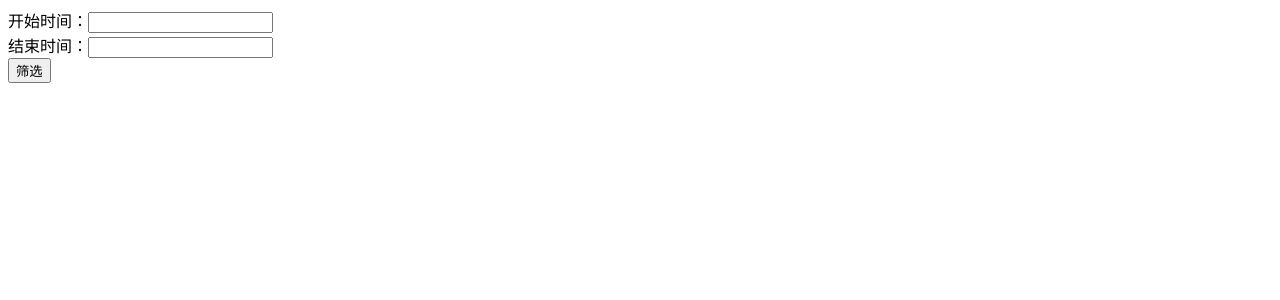
Repository: ruanhuabin/IntelliEyeShade
Page: http://localhost/IntelliEyeShade/statistics/statistics_filter.jsp
The author's editor kept a copy of each file at every save. The page is drawn from the files as they stood at one save, then again after the next save.
The browser window is 1280 px wide. The pictures show the whole page.
The page is served by Tomcat 9. Nobody is signed in. The application's start-up code is not run. Other server files are loaded and not shown.

Above is the page before, as saved 2016-11-21 08:52:10.

### IntelliEyeShade/WebRoot/statistics/statistics_filter.jsp
<%@ page language="java" import="java.util.*" contentType="text/html; charset=utf-8" %>
<%@ taglib prefix="s" uri="/struts-tags"%>
<%
String path = request.getContextPath();
String basePath = request.getScheme()+"://"+request.getServerName()+":"+request.getServerPort()+path+"/";
%>
<!DOCTYPE html>
<html>
	<meta http-equiv="content-type" content="text/html;charset=UTF-8">
	<link rel="stylesheet" type="text/css" href="../css/default.css" />
<head>
<script type="text/javascript">
function check()
{
	//alert("check body");

	var startDate = document.filter.starttime.value;
	var endDate = document.filter.endtime.value;

	var t1 = new Date(startDate.replace(/\-/g, "\/"));
	var t2 = new Date(endDate.replace(/\-/g, "\/"));

	if(startDate == "" || endDate == "")
	{
		alert("请选择开始时间或者结束时间");
		return false;

	}

	 if(startDate!="" && endDate!="" && t1 >=t2)
	 {
		  alert("开始时间不能大于结束时间！");
		  return false;
	 }



	return false;
}
</script>

</head>



<body>


<script type="text/javascript" src="../js/Calendar3.js"></script>
<form name="filter" action="<%=path%>/statistics/Statistics_query.action" method="post">
开始时间：<input name="starttime" type="text" id="control_date" size="20"
      maxlength="10" onclick="new Calendar().show(this);" readonly="readonly" />
<br>
结束时间：<input name="endtime" type="text" id="control_date" size="20"
      maxlength="10" onclick="new Calendar().show(this);" readonly="readonly" />
<br>
<input type="submit" value="筛选" onclick="return check()"/>
</form>

</body>
</html>

### IntelliEyeShade/WebRoot/css/default.css
/* 基本样式 */


/* 去掉图片、表单边框 */
img, form {
	margin:0;
	padding:0;
	border:0;
}

/* 超链接 */
a {
	text-decoration: none;
}
a:link, a:visited {
	color:#063685;
	text-decoration:none;
}
a:hover, a:active {
	color:#FF5500;
	text-decoration:underline;
}

/* 表格 */
table.default {
	border:1px solid #0283c5;
	border-collapse:collapse;
	margin-top:5px;
}
table.default td, table.default tr.style1 td {
	padding:2 5 2 5;
	height:26px;
	border:1px solid #ffffff;
}
table.default tr, table.default tr.style1{
	background-color:#f0f0f0;
}
table.default tr.style0{
	background-color:#dfdfdf;
}
table.default tr.title td, table.default tr.ltitle td {
	font-weight:bold;
	background:#0283c5;
	color:#ffffff;
	border:1px solid #ffffff;
	white-space:nowrap;
	height:26px;
	line-height:26px;
	vertical-align:middle;
}
table.default tr.ltitle td {
	text-align:left;
}
table.default tr.title td {
	text-align:center;
	line-height:26px;
	vertical-align:middle;
}
table.default tr.subtitle td ,table.default tr.lsubtitle td {
	font-weight:bold;
	background:#69f;
	color:#ffffff;
	border:1px solid #ffffff;
	white-space:nowrap;
	height:26px;
	line-height:26px;
	vertical-align:middle;
}
table.default tr.lsubtitle td {
	text-align:left;
}
table.default tr.subtitle td {
	text-align:center;
}

table.default tr.strong td {
	font-weight:bold;
	background:#DDD;
}

table.default tr.stronghl td {
	font-weight:bold;
	background:#FFCC99;
	text-align:center;
}

table.default tr.hl td {
	background:#ffffcc/*#FFFF99*/;
}

table.default td.item {
	font-weight:bold;
	color:#333333;
	text-align:right;
}

table.default td.text {
	line-height:150%;
}

table.default td.opt {
	background:#FFFF99;
	padding-right:10px;
}

table.explain {
	margin-top:5px;
	margin-bottom:5px;
}
table.explain td {
	font-family:宋体;
	font-size:12px;
	border:1px solid #333333;
	background:#f0f0f0;
	padding:8px;
	line-height:120%;
}

table.pages {
	border:0;
}
table.pages td {
	height:26px;
}

table.reswb {
	border:1px solid #0283c5;
	border-collapse:collapse;
	margin-top:10px;
}

table.reswb tr.title td {
	padding:2 5 2 5;
	font-weight:bold;
	background:#0283c5;
	color:#ffffff;
	border:1px solid #ffffff;
	white-space:nowrap;
	height:26px;
	line-height:26px;
	vertical-align:middle;
}

table.default tr.list{
	text-align: center;
	line-height:26px;
	vertical-align:middle;
}

/* 普通信息 */
div.info {
	padding:5px 5px 5px 2px;
	margin-top:10px;
}

/* 前台导航用 */
.tdnormal {
	border-bottom:1px solid white;
}

.tdselected {
	border:1px solid white;
	border-bottom:0;
	font-weight:bold;
}
.navtab td {
	height:30px;
	color:white;
	font-size:9pt;
	text-align:center;
}
a.navbar, a.navbar:visited, a.navbar:active {text-decoration: none;color:#FFF;}
a.navbar:hover {text-decoration: underline;color:#FFF;}


/* 错误信息 */
.errorBox {
	border:1px solid #ff0000;
	padding:5px;
	background:#FFCCCC;
}
.errorMessage {
	color:#cc0000;
}
ul {
	margin-left:30px;
	margin-top:0;
	margin-bottom:0;
}

/* 分页页码样式 */
.selectedPage {
	border:1px solid #999999;
	background:#ffffcc;
	color:#000000;
	padding:0 3px 2px 3px;
}
.noSelectedPage {
	padding:0 3px 0 3px;
}
a.page {
	font-size:12px;
	text-decoration: none;
}
a.page:link, a.page:visited {
	color:#0044DD;
	text-decoration:none;
}
a.page:hover, a.page:active {
	color:#FF5500;
	text-decoration:none;
}

/* 表单元素样式 */
.input_text {
	width:200px;
	margin-right:5px;
}
.notNull {
	color:red;
}
.notice {
	color:#20A8F0;
}

/* 后台任务链接样式 */
a.navlink {
	font-family:宋体;
	height:25px;
	font-weight:normal;
	letter-spacing:1px;
	padding:4 5 0 5;
	background:#e0e0e0;
	border:2px outset;
	FILTER: progid:DXImageTransform.Microsoft.Gradient(GradientType=0, StartColorStr=#ffffff, EndColorStr=#20A8F0);
}

a.navlink {text-decoration: none;color:#000000;}
a.navlink:visited {text-decoration: none;color:#000000;}
a.navlink:active {text-decoration: none;color:#0044DD;}
a.navlink:hover {text-decoration: none;color:#FF5500;}

/* 操作按钮 */
div.oper {
	margin:5px;
	text-align:right;
}

div.oper input {
	margin-left:5px;
	margin-right:5px;
}

/* 背景色 */
.fbg {
	background:#065FB9;
}
.bbg {
	background:#04477C;
}

/* tooltip */
/*
span.tip {
	cursor:default;
}
#tooltip {
	position: absolute;
	z-index: 3000;
	border: 1px solid #111;
	background-color: #eee;
	padding: 5px;
	opacity: 0.85;
}
#tooltip h3, #tooltip div {
	font-size:12px;
	margin: 0;
}
*/

/* 特殊高亮文本 */
span.spec {
	color:#003399;
}

/* 特殊灰色文本 */
span.gray {
	color:#666;
}

/* 黄色背景 */
.bg1 {
	background:#FFCC99;/*#FFFF99;*/
}

/* 绿色背景 */
.bg2 {
	background:#99CC99;
}

/* 文章样式 */

div.title {
	font-size:16px;
	font-weight:bold;
	background:#FFFF99;
	border-bottom:2px solid #000;
	padding:5px;
	margin-bottom:10px;
}

div.content {
	font-size:14px;
	line-height:150%;
}

div.faq-q {
	padding:5px;
	background:#DDD;
	font-weight:bold;
}

div.faq-a {
	padding:5px;
	line-height:150%;
	font-size:16px;
}

/* 问卷样式 */
.option {
	margin-right:10px;
}

.answer {
	background:#060;
	color:white;
	font-weight:bold;
	padding:2px;
}

table.stat {
	border-collapse:collapse;
}
table.stat td {
	border:0;
	padding-left:20px;
}
hr.percent {
	height:10px;
	color:#093;
	border:1px solid black;
}

td.indent {
	padding-left:10px;
}

#page_explain {
	display:none;
}

#navDiv {
	color:#333;
	padding-left:10px;
	line-height:30px;
	background:#CCFF99;
	border-bottom:1px solid #065FB9;
	height:30px;
	padding-top:6px;
}
/*--------分页样式-----------*/
.pager-top {
    overflow:hidden;
    padding:5px 10px 0;
    color:#333333;
    font-family:Tahoma,Verdana,sans-serif,simsun;
    font-size:12px;
    margin-top:10px;
    border-bottom:1px solid #D8DFEA;
}
.pager-top span {
    float:left;
    padding-bottom:6px;
}
.pagerpro {
    float:right;
    list-style-image:none;
    list-style-position:outside;
    list-style-type:none;
    margin:0;
    padding:0;
}
.pagerpro li {
    display:inline;
    float:left;
}
.pagerpro li a.chn {
    font-size:12px;
}
.pagerpro li a {
    display:block;
    font-size:11px;
    padding:3px 3px 2px;
    color:#005EAC;
    text-decoration:none;
}
.pagerpro li a.chn:hover {
    border-bottom:1px solid #005EAC;
}
.pagerpro li a:hover {
    background:#005EAC none repeat scroll 0 0;
    border-bottom:2px solid #005EAC;
    border-color:#D8DFEA #D8DFEA #005EAC;
    color:#FFFFFF;
    text-decoration:none;
}
.pagerpro li.current a, .pagerpro li.current a:hover {
    background:transparent none repeat scroll 0 0;
    border-bottom:2px solid #005EAC;
    border-color:#005EAC;
    color:#005EAC;
    font-weight:700;
    padding-left:2px;
    padding-right:2px;
}
.marquee_txt{
	font-size:12px;
	font-family:"微软雅黑";
	margin-top:5px;
	margin-left:auto;
    margin-right:auto;
    width:222px;
}

### IntelliEyeShade/WebRoot/js/Calendar3.js

/////////////////////////调用实例
//        <div>
//                <span>交易查询：</span> <span>从
//                    <input name="control_date" type="text" id="control_date" size="10"
//                        maxlength="10" onclick="new Calendar().show(this);" readonly="readonly" />
//                    <input type="button" name="button" id="button" value="button" onclick="new Calendar().show(this.form.control_date);" /></span>
//                <span>至
//                    <input name="control_date2" type="text" id="control_date2" size="10"
//                        maxlength="10" onclick="new Calendar().show(this);" readonly="readonly" />
//                    <input type="button" name="button" id="button1" value="button" onclick="new Calendar().show(this.form.control_date2);" /></span>

//        </div>


/**
 * Calendar
 * @param   beginYear           1990
 * @param   endYear             2010
 * @param   language            0(zh_cn)|1(en_us)|2(en_en)|3(zh_tw)
 * @param   patternDelimiter    "-"
 * @param   date2StringPattern  "yyyy-MM-dd"
 * @param   string2DatePattern  "ymd"
 * @version 1.0 build 2006-04-01
 * @version 1.1 build 2006-12-17
 * @author  KimSoft (jinqinghua [at] gmail.com)
 * NOTE!    you can use it free, but keep the copyright please
 * IMPORTANT:you must include this script file inner html body elment
 */
function Calendar(beginYear, endYear, language, patternDelimiter, date2StringPattern, string2DatePattern) {
	this.beginYear = beginYear || 1990;
	this.endYear   = endYear   || 2020;
	this.language  = language  || 0;
	this.patternDelimiter = patternDelimiter     || "-";
	this.date2StringPattern = date2StringPattern || Calendar.language["date2StringPattern"][this.language].replace(/\-/g, this.patternDelimiter);
	this.string2DatePattern = string2DatePattern || Calendar.language["string2DatePattern"][this.language];

	this.dateControl = null;
	this.panel  = this.getElementById("__calendarPanel");
	this.iframe = window.frames["__calendarIframe"];
	this.form   = null;

	this.date = new Date();
	this.year = this.date.getFullYear();
	this.month = this.date.getMonth();

	this.colors = {"bg_cur_day":"#00CC33","bg_over":"#EFEFEF","bg_out":"#FFCC00"}
};

Calendar.language = {
	"year"   : ["\u5e74", "", "", "\u5e74"],
	"months" : [
				["\u4e00\u6708","\u4e8c\u6708","\u4e09\u6708","\u56db\u6708","\u4e94\u6708","\u516d\u6708","\u4e03\u6708","\u516b\u6708","\u4e5d\u6708","\u5341\u6708","\u5341\u4e00\u6708","\u5341\u4e8c\u6708"],
				["JAN","FEB","MAR","APR","MAY","JUN","JUL","AUG","SEP","OCT","NOV","DEC"],
				["JAN","FEB","MAR","APR","MAY","JUN","JUL","AUG","SEP","OCT","NOV","DEC"],
				["\u4e00\u6708","\u4e8c\u6708","\u4e09\u6708","\u56db\u6708","\u4e94\u6708","\u516d\u6708","\u4e03\u6708","\u516b\u6708","\u4e5d\u6708","\u5341\u6708","\u5341\u4e00\u6708","\u5341\u4e8c\u6708"]
				],
	"weeks"  : [["\u65e5","\u4e00","\u4e8c","\u4e09","\u56db","\u4e94","\u516d"],
				["Sun","Mon","Tur","Wed","Thu","Fri","Sat"],
				["Sun","Mon","Tur","Wed","Thu","Fri","Sat"],
				["\u65e5","\u4e00","\u4e8c","\u4e09","\u56db","\u4e94","\u516d"]
		],
	"clear"  : ["\u6e05\u7a7a", "Clear", "Clear", "\u6e05\u7a7a"],
	"today"  : ["\u4eca\u5929", "Today", "Today", "\u4eca\u5929"],
	"close"  : ["\u5173\u95ed", "Close", "Close", "\u95dc\u9589"],
	"date2StringPattern" : ["yyyy-MM-dd", "yyyy-MM-dd", "yyyy-MM-dd", "yyyy-MM-dd"],
	"string2DatePattern" : ["ymd","ymd", "ymd", "ymd"]
};

Calendar.prototype.draw = function() {
	calendar = this;

	var _cs = [];
	_cs[_cs.length] = '<form id="__calendarForm" name="__calendarForm" method="post">';
	_cs[_cs.length] = '<table id="__calendarTable" width="100%" border="0" cellpadding="3" cellspacing="1" align="center">';
	_cs[_cs.length] = ' <tr>';
	_cs[_cs.length] = '  <th><input class="l" name="goPrevMonthButton" type="button" id="goPrevMonthButton" value="&lt;" \/><\/th>';
	_cs[_cs.length] = '  <th colspan="5"><select class="year" name="yearSelect" id="yearSelect"><\/select><select class="month" name="monthSelect" id="monthSelect"><\/select><\/th>';
	_cs[_cs.length] = '  <th><input class="r" name="goNextMonthButton" type="button" id="goNextMonthButton" value="&gt;" \/><\/th>';
	_cs[_cs.length] = ' <\/tr>';
	_cs[_cs.length] = ' <tr>';
	for(var i = 0; i < 7; i++) {
		_cs[_cs.length] = '<th class="theader">';
		_cs[_cs.length] = Calendar.language["weeks"][this.language][i];
		_cs[_cs.length] = '<\/th>';
	}
	_cs[_cs.length] = '<\/tr>';
	for(var i = 0; i < 6; i++){
		_cs[_cs.length] = '<tr align="center">';
		for(var j = 0; j < 7; j++) {
			switch (j) {
				case 0: _cs[_cs.length] = '<td class="sun">&nbsp;<\/td>'; break;
				case 6: _cs[_cs.length] = '<td class="sat">&nbsp;<\/td>'; break;
				default:_cs[_cs.length] = '<td class="normal">&nbsp;<\/td>'; break;
			}
		}
		_cs[_cs.length] = '<\/tr>';
	}
	_cs[_cs.length] = ' <tr>';
	_cs[_cs.length] = '  <th colspan="2"><input type="button" class="b" name="clearButton" id="clearButton" \/><\/th>';
	_cs[_cs.length] = '  <th colspan="3"><input type="button" class="b" name="selectTodayButton" id="selectTodayButton" \/><\/th>';
	_cs[_cs.length] = '  <th colspan="2"><input type="button" class="b" name="closeButton" id="closeButton" \/><\/th>';
	_cs[_cs.length] = ' <\/tr>';
	_cs[_cs.length] = '<\/table>';
	_cs[_cs.length] = '<\/form>';

	this.iframe.document.body.innerHTML = _cs.join("");
	this.form = this.iframe.document.forms["__calendarForm"];

	this.form.clearButton.value = Calendar.language["clear"][this.language];
	this.form.selectTodayButton.value = Calendar.language["today"][this.language];
	this.form.closeButton.value = Calendar.language["close"][this.language];

	this.form.goPrevMonthButton.onclick = function () {calendar.goPrevMonth(this);}
	this.form.goNextMonthButton.onclick = function () {calendar.goNextMonth(this);}
	this.form.yearSelect.onchange = function () {calendar.update(this);}
	this.form.monthSelect.onchange = function () {calendar.update(this);}

	this.form.clearButton.onclick = function () {calendar.dateControl.value = "";calendar.hide();}
	this.form.closeButton.onclick = function () {calendar.hide();}
	this.form.selectTodayButton.onclick = function () {
		var today = new Date();
		calendar.date = today;
		calendar.year = today.getFullYear();
		calendar.month = today.getMonth();
		calendar.dateControl.value = today.format(calendar.date2StringPattern);
		calendar.hide();
	}
};

Calendar.prototype.bindYear = function() {
	var ys = this.form.yearSelect;
	ys.length = 0;
	for (var i = this.beginYear; i <= this.endYear; i++){
		ys.options[ys.length] = new Option(i + Calendar.language["year"][this.language], i);
	}
};

Calendar.prototype.bindMonth = function() {
	var ms = this.form.monthSelect;
	ms.length = 0;
	for (var i = 0; i < 12; i++){
		ms.options[ms.length] = new Option(Calendar.language["months"][this.language][i], i);
	}
};

Calendar.prototype.goPrevMonth = function(e){
	if (this.year == this.beginYear && this.month == 0){return;}
	this.month--;
	if (this.month == -1) {
		this.year--;
		this.month = 11;
	}
	this.date = new Date(this.year, this.month, 1);
	this.changeSelect();
	this.bindData();
};

Calendar.prototype.goNextMonth = function(e){
	if (this.year == this.endYear && this.month == 11){return;}
	this.month++;
	if (this.month == 12) {
		this.year++;
		this.month = 0;
	}
	this.date = new Date(this.year, this.month, 1);
	this.changeSelect();
	this.bindData();
};

Calendar.prototype.changeSelect = function() {
	var ys = this.form.yearSelect;
	var ms = this.form.monthSelect;
	for (var i= 0; i < ys.length; i++){
		if (ys.options[i].value == this.date.getFullYear()){
			ys[i].selected = true;
			break;
		}
	}
	for (var i= 0; i < ms.length; i++){
		if (ms.options[i].value == this.date.getMonth()){
			ms[i].selected = true;
			break;
		}
	}
};

Calendar.prototype.update = function (e){
	this.year  = e.form.yearSelect.options[e.form.yearSelect.selectedIndex].value;
	this.month = e.form.monthSelect.options[e.form.monthSelect.selectedIndex].value;
	this.date = new Date(this.year, this.month, 1);
	this.changeSelect();
	this.bindData();
};

Calendar.prototype.bindData = function () {
	var calendar = this;
	var dateArray = this.getMonthViewDateArray(this.date.getFullYear(), this.date.getMonth());
	var tds = this.getElementsByTagName("td", this.getElementById("__calendarTable", this.iframe.document));
	for(var i = 0; i < tds.length; i++) {
  		tds[i].style.backgroundColor = calendar.colors["bg_over"];
		tds[i].onclick = null;
		tds[i].onmouseover = null;
		tds[i].onmouseout = null;
		tds[i].innerHTML = dateArray[i] || "&nbsp;";
		if (i > dateArray.length - 1) continue;
		if (dateArray[i]){
			tds[i].onclick = function () {
				if (calendar.dateControl){
					calendar.dateControl.value = new Date(calendar.date.getFullYear(),
														calendar.date.getMonth(),
														this.innerHTML).format(calendar.date2StringPattern);
				}
				calendar.hide();
			}
			tds[i].onmouseover = function () {this.style.backgroundColor = calendar.colors["bg_out"];}
			tds[i].onmouseout  = function () {this.style.backgroundColor = calendar.colors["bg_over"];}
			var today = new Date();
			if (today.getFullYear() == calendar.date.getFullYear()) {
				if (today.getMonth() == calendar.date.getMonth()) {
					if (today.getDate() == dateArray[i]) {
						tds[i].style.backgroundColor = calendar.colors["bg_cur_day"];
						tds[i].onmouseover = function () {this.style.backgroundColor = calendar.colors["bg_out"];}
						tds[i].onmouseout  = function () {this.style.backgroundColor = calendar.colors["bg_cur_day"];}
					}
				}
			}
		}//end if
	}//end for
};

Calendar.prototype.getMonthViewDateArray = function (y, m) {
	var dateArray = new Array(42);
	var dayOfFirstDate = new Date(y, m, 1).getDay();
	var dateCountOfMonth = new Date(y, m + 1, 0).getDate();
	for (var i = 0; i < dateCountOfMonth; i++) {
		dateArray[i + dayOfFirstDate] = i + 1;
	}
	return dateArray;
};

Calendar.prototype.show = function (dateControl, popuControl) {
	if (this.panel.style.visibility == "visible") {
		this.panel.style.visibility = "hidden";
	}
	if (!dateControl){
		throw new Error("arguments[0] is necessary!")
	}
	this.dateControl = dateControl;
	popuControl = popuControl || dateControl;

	this.draw();
	this.bindYear();
	this.bindMonth();
	if (dateControl.value.length > 0){
		this.date  = new Date(dateControl.value.toDate(this.patternDelimiter, this.string2DatePattern));
		this.year  = this.date.getFullYear();
		this.month = this.date.getMonth();
	}
	this.changeSelect();
	this.bindData();

	var xy = this.getAbsPoint(popuControl);
	this.panel.style.left = xy.x + "px";
	this.panel.style.top = (xy.y + dateControl.offsetHeight) + "px";
	this.panel.style.visibility = "visible";
};

Calendar.prototype.hide = function() {
	this.panel.style.visibility = "hidden";
};

Calendar.prototype.getElementById = function(id, object){
	object = object || document;
	return document.getElementById ? object.getElementById(id) : document.all(id);
};

Calendar.prototype.getElementsByTagName = function(tagName, object){
	object = object || document;
	return document.getElementsByTagName ? object.getElementsByTagName(tagName) : document.all.tags(tagName);
};

Calendar.prototype.getAbsPoint = function (e){
	var x = e.offsetLeft;
	var y = e.offsetTop;
	while(e = e.offsetParent){
		x += e.offsetLeft;
		y += e.offsetTop;
	}
	return {"x": x, "y": y};
};

/**
 * @param   d the delimiter
 * @param   p the pattern of your date
 * @author  meizz
 * @author  kimsoft add w+ pattern
 */
Date.prototype.format = function(style) {
	var o = {
		"M+" : this.getMonth() + 1, //month
		"d+" : this.getDate(),      //day
		"h+" : this.getHours(),     //hour
		"m+" : this.getMinutes(),   //minute
		"s+" : this.getSeconds(),   //second
		"w+" : "\u65e5\u4e00\u4e8c\u4e09\u56db\u4e94\u516d".charAt(this.getDay()),   //week
		"q+" : Math.floor((this.getMonth() + 3) / 3),  //quarter
		"S"  : this.getMilliseconds() //millisecond
	}
	if (/(y+)/.test(style)) {
		style = style.replace(RegExp.$1, (this.getFullYear() + "").substr(4 - RegExp.$1.length));
	}
	for(var k in o){
		if (new RegExp("("+ k +")").test(style)){
			style = style.replace(RegExp.$1, RegExp.$1.length == 1 ? o[k] : ("00" + o[k]).substr(("" + o[k]).length));
		}
	}
	return style;
};

/**
 * @param d the delimiter
 * @param p the pattern of your date
 * @rebuilder kimsoft
 * @version build 2006.12.15
 */
String.prototype.toDate = function(delimiter, pattern) {
	delimiter = delimiter || "-";
	pattern = pattern || "ymd";
	var a = this.split(delimiter);
	var y = parseInt(a[pattern.indexOf("y")], 10);
	//remember to change this next century ;)
	if(y.toString().length <= 2) y += 2000;
	if(isNaN(y)) y = new Date().getFullYear();
	var m = parseInt(a[pattern.indexOf("m")], 10) - 1;
	var d = parseInt(a[pattern.indexOf("d")], 10);
	if(isNaN(d)) d = 1;
	return new Date(y, m, d);
};

document.writeln('<div id="__calendarPanel" style="position:absolute;visibility:hidden;z-index:9999;background-color:#FFFFFF;border:1px solid #666666;width:200px;height:216px;">');
document.writeln('<iframe name="__calendarIframe" id="__calendarIframe" width="100%" height="100%" scrolling="no" frameborder="0" style="margin:0px;"><\/iframe>');
var __ci = window.frames['__calendarIframe'];
__ci.document.writeln('<!DOCTYPE html PUBLIC "-\/\/W3C\/\/DTD XHTML 1.0 Transitional\/\/EN" "http:\/\/www.w3.org\/TR\/xhtml1\/DTD\/xhtml1-transitional.dtd">');
__ci.document.writeln('<html xmlns="http:\/\/www.w3.org\/1999\/xhtml">');
__ci.document.writeln('<head>');
__ci.document.writeln('<meta http-equiv="Content-Type" content="text\/html; charset=utf-8" \/>');
__ci.document.writeln('<title>Web Calendar(UTF-8) Written By KimSoft<\/title>');
__ci.document.writeln('<style type="text\/css">');
__ci.document.writeln('<!--');
__ci.document.writeln('body {font-size:12px;margin:0px;text-align:center;}');
__ci.document.writeln('form {margin:0px;}');
__ci.document.writeln('select {font-size:12px;background-color:#EFEFEF;}');
__ci.document.writeln('table {border:0px solid #CCCCCC;background-color:#FFFFFF}');
__ci.document.writeln('th {font-size:12px;font-weight:normal;background-color:#FFFFFF;}');
__ci.document.writeln('th.theader {font-weight:normal;background-color:#666666;color:#FFFFFF;width:24px;}');
__ci.document.writeln('select.year {width:64px;}');
__ci.document.writeln('select.month {width:60px;}');
__ci.document.writeln('td {font-size:12px;text-align:center;}');
__ci.document.writeln('td.sat {color:#0000FF;background-color:#EFEFEF;}');
__ci.document.writeln('td.sun {color:#FF0000;background-color:#EFEFEF;}');
__ci.document.writeln('td.normal {background-color:#EFEFEF;}');
__ci.document.writeln('input.l {border: 1px solid #CCCCCC;background-color:#EFEFEF;width:20px;height:20px;}');
__ci.document.writeln('input.r {border: 1px solid #CCCCCC;background-color:#EFEFEF;width:20px;height:20px;}');
__ci.document.writeln('input.b {border: 1px solid #CCCCCC;background-color:#EFEFEF;width:100%;height:20px;}');
__ci.document.writeln('-->');
__ci.document.writeln('<\/style>');
__ci.document.writeln('<\/head>');
__ci.document.writeln('<body>');
__ci.document.writeln('<\/body>');
__ci.document.writeln('<\/html>');
__ci.document.close();
document.writeln('<\/div>');
var calendar = new Calendar();
//-->

After the next save:
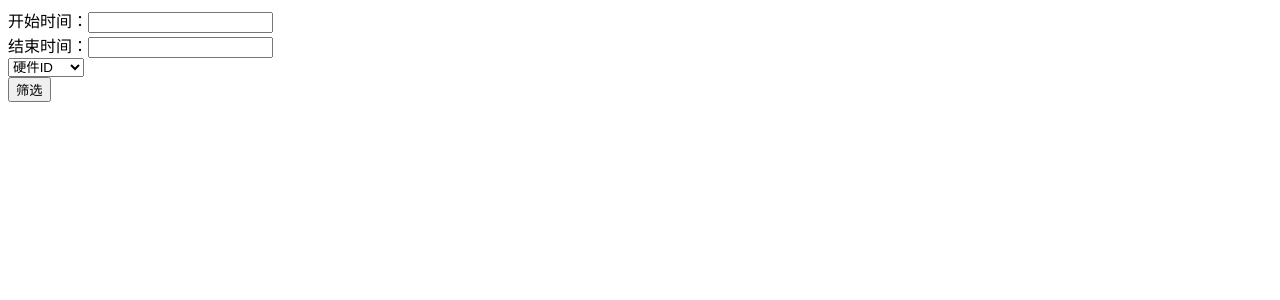
Saved 5 min 24 s later.
--- a/IntelliEyeShade/WebRoot/statistics/statistics_filter.jsp
+++ b/IntelliEyeShade/WebRoot/statistics/statistics_filter.jsp
@@ -54,6 +54,11 @@ function check()
 结束时间：<input name="endtime" type="text" id="control_date" size="20"
       maxlength="10" onclick="new Calendar().show(this);" readonly="readonly" />
 <br>
+<select name="keywordSelect">
+                <option value="deviceID" selected>硬件ID</option>
+                <option value="bindingStatus">绑定状态</option>
+</select>
+<br>
 <input type="submit" value="筛选" onclick="return check()"/>
 </form>
 
